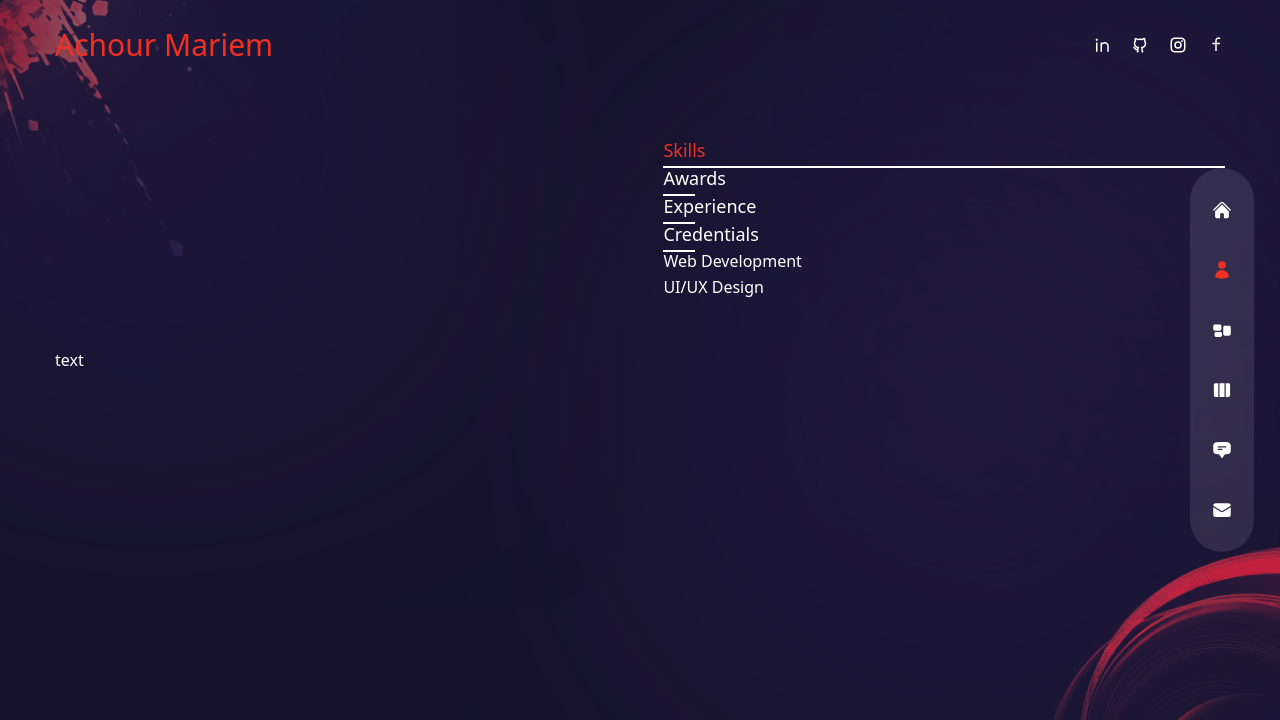
Repository: AchourMaryem/My-personal-portfolio
Page: /about
An editor plug-in stored every save of this project. The page is shown before and after the next save, followed by the edit.
The browser window is 1280 px wide. The pictures show the whole page.
The project was rebuilt for these pictures with package versions that can differ from the ones it lists, and the page was loaded fresh each time. The framework's server and built-in components were replaced by stand-ins that run in the browser. Also part of the build but not shown: next.config.js.

Above is the page before, as saved 2023-09-22 02:06:24.

After the next save:
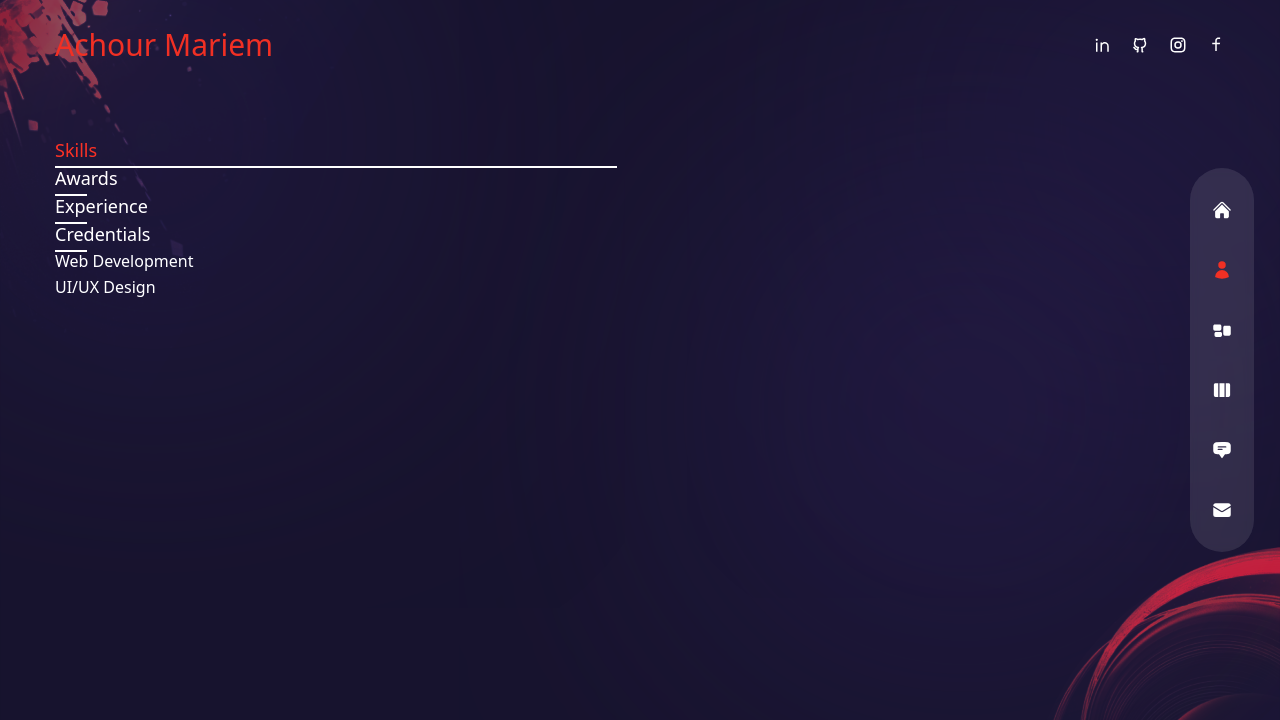
Saved 2 min 17 s later.
--- a/pages/about/index.js
+++ b/pages/about/index.js
@@ -109,7 +109,6 @@
 <Avatar />
     </motion.div>
     <div className='container mx-auto h-full flex felx-col items-center xl:flex-row gap-x-6'>
-      <div className='flex-1 flex flex-col justify-center'>text</div>
       <div className='flex flex-col w-full xl:max-w-[48%] h-[480px]'>
         <div className='flex gap-x-4 xl:gap-x-8 mx-auto xl:mx-0 mb-4'></div>
         <div>

After the save that followed:
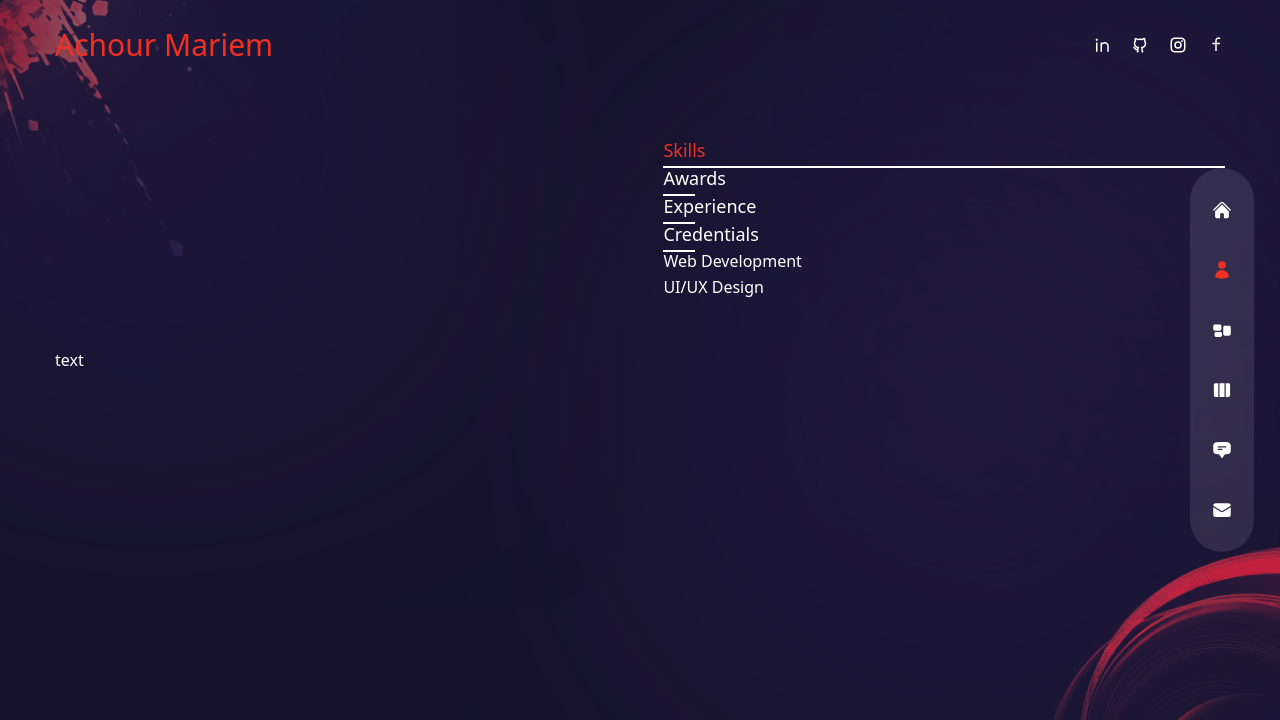
Saved 12 s later.
--- a/pages/about/index.js
+++ b/pages/about/index.js
@@ -109,6 +109,7 @@
 <Avatar />
     </motion.div>
     <div className='container mx-auto h-full flex felx-col items-center xl:flex-row gap-x-6'>
+      <div className='flex-1 flex flex-col justify-center'>text</div>
       <div className='flex flex-col w-full xl:max-w-[48%] h-[480px]'>
         <div className='flex gap-x-4 xl:gap-x-8 mx-auto xl:mx-0 mb-4'></div>
         <div>
